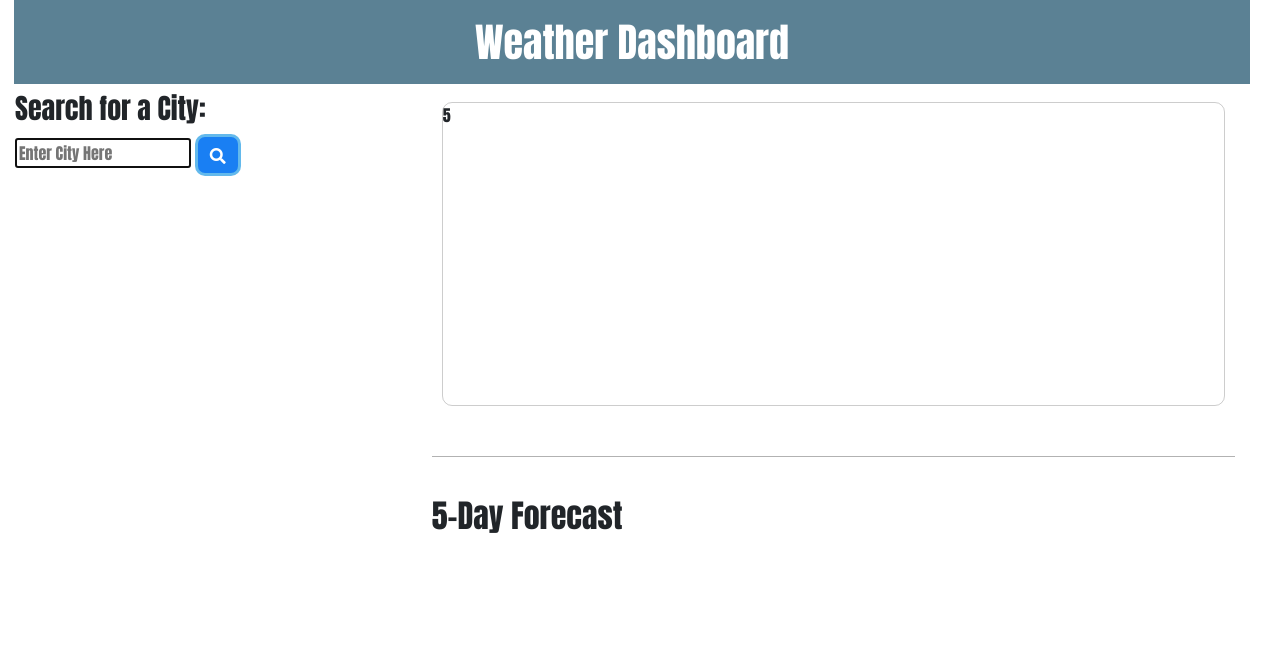
Repository: KHudaKoz/Weather-dashboard
Page: index.html
An editor plug-in stored every save of this project. The page is shown before and after the next save, followed by the edit.
The browser window is 1280 px wide. The pictures show the whole page.
Some web libraries are served in a nearby version.

Above is the page before, as saved 2021-01-29 18:56:30.

After the next save:
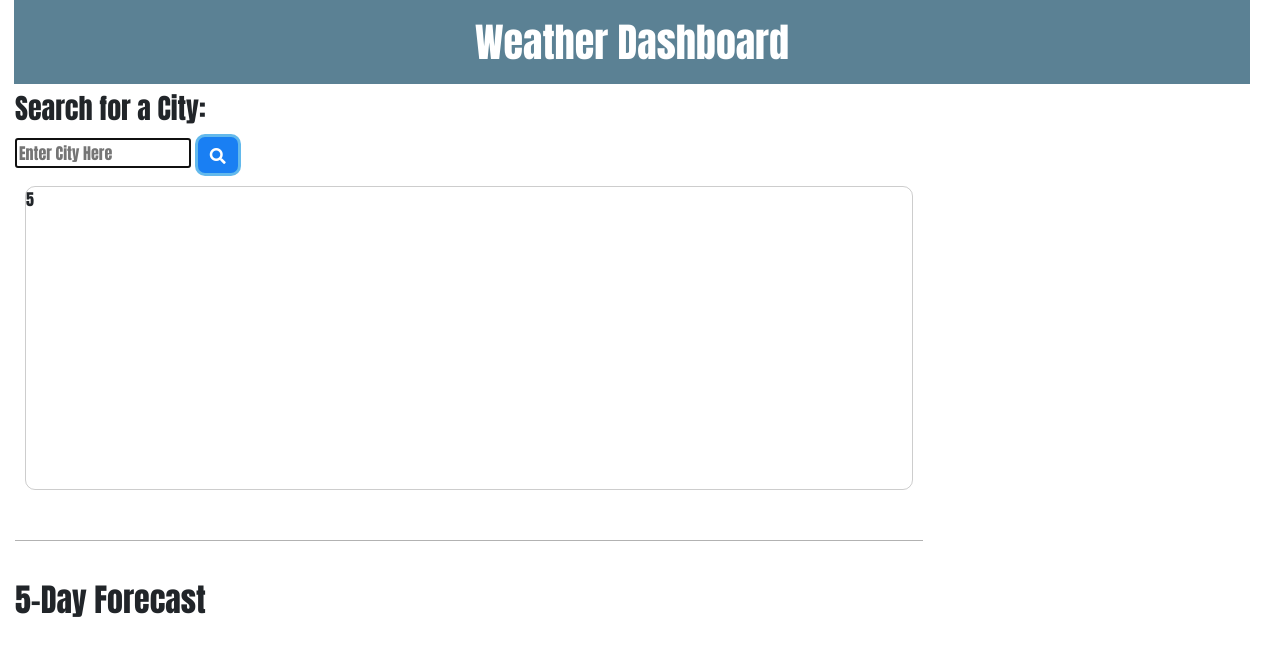
Saved 63 s later.
--- a/index.html
+++ b/index.html
@@ -44,7 +44,7 @@
                     </div>
                 </div>
             </div>
-               <div class="col-9 col-md-8">
+               <div class="col-9 col-md-9">
             <div class="current-weather-container">
                 <div id="current-weather">5</div>
                 <div id="uv-display-styles"></div>
